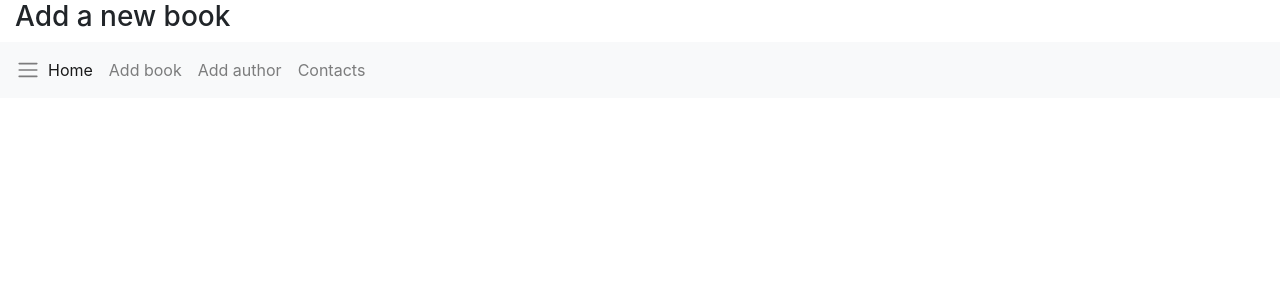
Repository: Aleksus81/Task1
Page: http://localhost/
The author's editor kept a record of every edit. The page is drawn from the files as they stood at one moment, then again after the next edit.
The browser window is 1280 px wide. The pictures show the whole page.
The page is run by PHP 8.4 with error messages shown; the project is at /var/www/html/.

Above is the page before.

After the next edit:
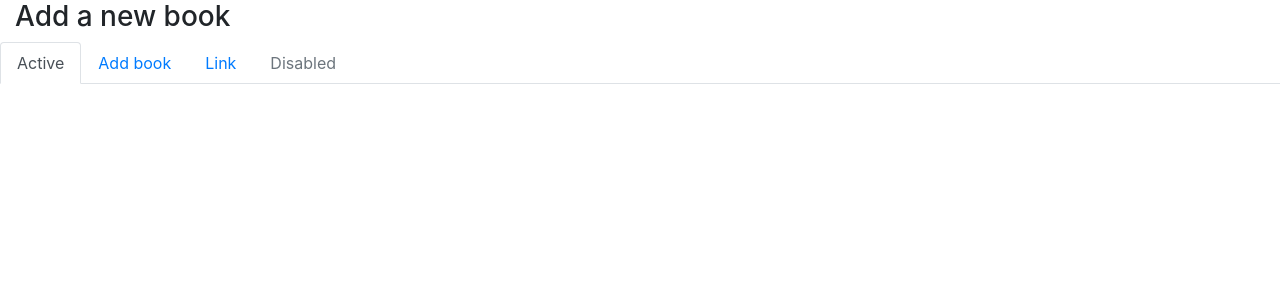
The edit:
--- a/index.php
+++ b/index.php
@@ -14,8 +14,22 @@
       <div class="container-fluid">
   <h3>Add a new book</h3>
       </div>
+    <ul class="nav nav-tabs">
+  <li class="nav-item">
+    <a class="nav-link active" href="#">Active</a>
+  </li>
+  <li class="nav-item">
+    <a class="nav-link" href="adb.php">Add book</a>
+  </li>
+  <li class="nav-item">
+    <a class="nav-link" href="#">Link</a>
+  </li>
+  <li class="nav-item">
+    <a class="nav-link disabled" href="#">Disabled</a>
+  </li>
+</ul>
 
-    <nav class="navbar navbar-expand-lg navbar-light bg-light">
+    <!-- <nav class="navbar navbar-expand-lg navbar-light bg-light">
     <span class="navbar-toggler-icon"></span>
   </button>
   <div class="collapse navbar-collapse" id="navbarNavAltMarkup">
@@ -27,8 +41,7 @@
       <a class="nav-item nav-link" href="#">Contacts</a>
     </div>
   </div>
-</nav>
-
+</nav> -->
     <!-- Optional JavaScript -->
     <!-- jQuery first, then Popper.js, then Bootstrap JS -->
     <script src="https://code.jquery.com/jquery-3.3.1.slim.min.js" integrity="sha384-q8i/X+965DzO0rT7abK41JStQIAqVgRVzpbzo5smXKp4YfRvH+8abtTE1Pi6jizo" crossorigin="anonymous"></script>
